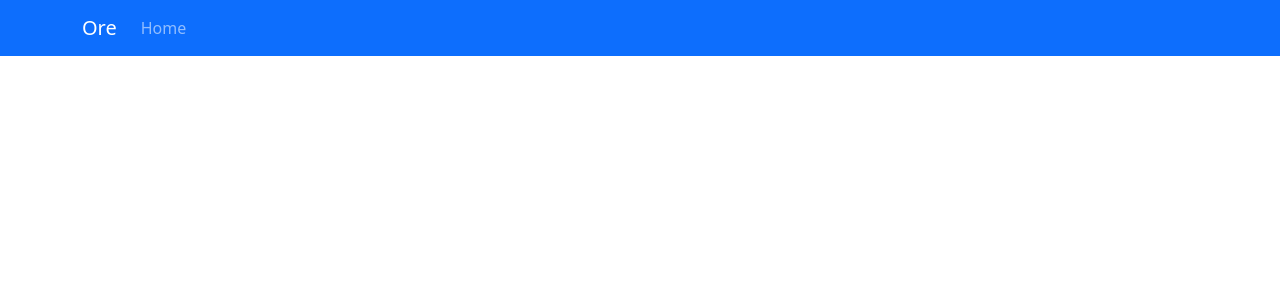
Repository: thf4/React-Front
Page: /login
An editor plug-in stored every save of this project. The page is shown before and after a run of saves, followed by the edit.
The browser window is 1280 px wide. The pictures show the whole page.
The project was rebuilt for these pictures with package versions that can differ from the ones it lists, and the page was loaded fresh each time. Also part of the build but not shown: src/config/index.js, src/pages/Home/index.js, src/pages/Vizualizar/index.js, src/config/cadastrar.js, src/pages/Cadastrar/index.js, src/pages/Editar/index.js, src/pages/HomePage/index.js.

Above is the page before, as saved 2021-05-07 15:48:37.

After the next 3 saves:
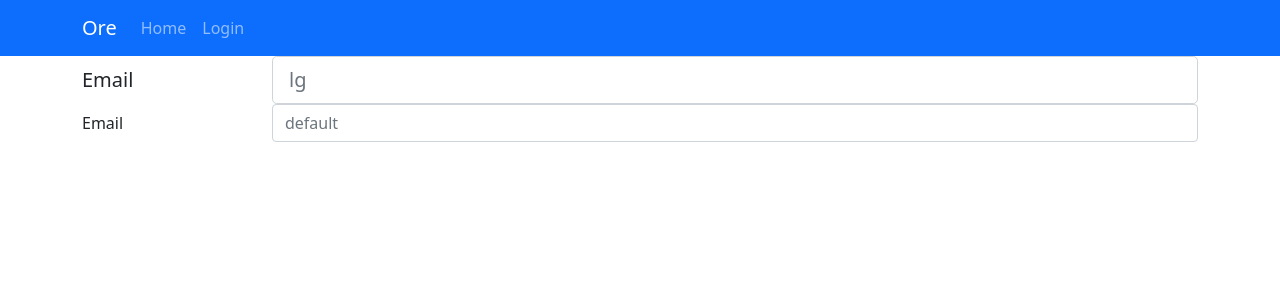
The 3 saves are shown as one change because 2 did not build or start.
The last was saved 2 min 5 s later.
--- a/src/App.js
+++ b/src/App.js
@@ -6,6 +6,7 @@ import { Cadastrar } from "./pages/Cadastrar/";
 import { Editar } from "./pages/Editar/";
 import { Menu } from "./components/Menu";
 import { Homepage	 } from "./pages/HomePage/index"
+import { Login } from "./pages/Login"
 import 'bootstrap/dist/css/bootstrap.min.css';
 function App() {
   return (
@@ -15,6 +16,7 @@ function App() {
         <Switch>
           <Route exact path="/" component={Homepage} />
           <Route path="/listar" component={Home} />
+          <Route path="/login" component={Login} />
           <Route path="/view" component={View} />
           <Route path="/cadastrar" component={Cadastrar} />
           <Route path="/editar" component={Editar} />
--- a/src/components/Menu.js
+++ b/src/components/Menu.js
@@ -24,6 +24,9 @@ export const Menu = (props) => {
             <NavItem>
               <NavLink href="/">Home</NavLink>
             </NavItem>
+            <NavItem>
+              <NavLink href="/login">Login</NavLink>
+            </NavItem>
           </Nav>
         </Collapse>
         </Container>
--- a/src/pages/Login/index.js
+++ b/src/pages/Login/index.js
@@ -1,26 +1,37 @@
 import React from "react";
-import { Jumbotron, Button, Container } from "reactstrap";
-
-export const Homepage = (props) => {
+import { Col, Form, FormGroup, Label, Input, Container } from "reactstrap";
+export const Login = (props) => {
   return (
-    <div>
-      <Jumbotron>
-        <Container>
-          <h1 className="display-2 mt-4 p-2">Hello, world!</h1>
-          <p className="lead">
-            This is a simple hero unit, a simple Jumbotron-style component for
-            calling extra attention to featured content or information.
-          </p>
-          <hr className="my-2" />
-          <p>
-            It uses utility classes for typography and spacing to space content
-            out within the larger container.
-          </p>
-          <p className="lead">
-            <Button color="primary" href="/cadastrar">Cadastrar</Button>
-          </p>
-        </Container>
-      </Jumbotron>
-    </div>
+    <Form>
+      <Container>
+        <FormGroup row>
+          <Label for="exampleEmail" sm={2} size="lg">
+            Email
+          </Label>
+          <Col sm={10}>
+            <Input
+              type="email"
+              name="email"
+              id="exampleEmail"
+              placeholder="lg"
+              bsSize="lg"
+            />
+          </Col>
+        </FormGroup>
+        <FormGroup row>
+          <Label for="exampleEmail2" sm={2}>
+            Email
+          </Label>
+          <Col sm={10}>
+            <Input
+              type="email"
+              name="email"
+              id="exampleEmail2"
+              placeholder="default"
+            />
+          </Col>
+        </FormGroup>
+      </Container>
+    </Form>
   );
 };
